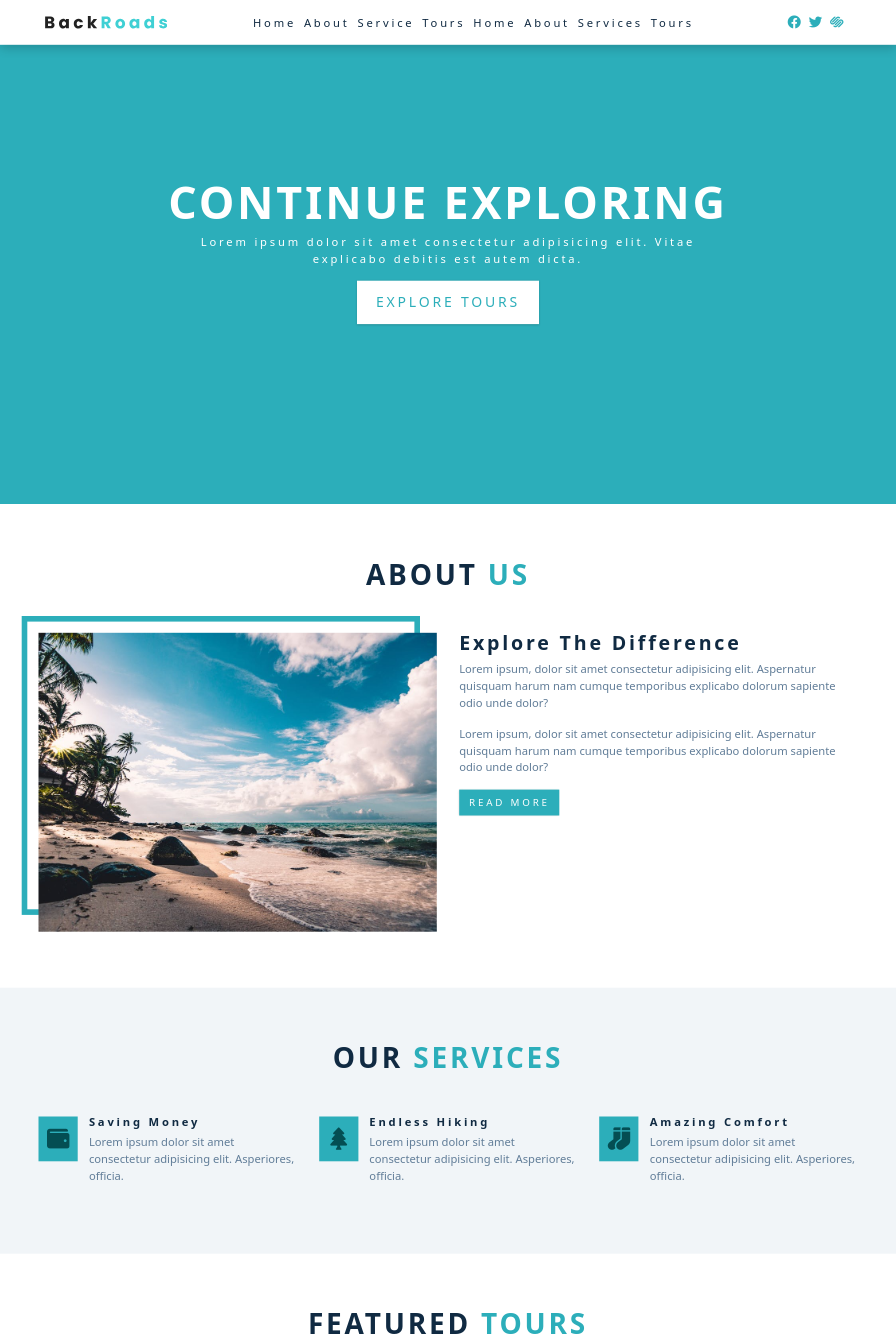
Repository: EdurdodaSilva/Ract_Basic
Page: /
The author's editor kept a copy of each file at every save. The page is drawn from the files as they stood at one save, then again after the next save.
The browser window is 1280 px wide. The pictures show the part of the page from y = 0 to 1920 px (the page is 3359 px tall), at 70% of full size.
Some web libraries are served in a nearby version. The project was rebuilt for these pictures with package versions that can differ from the ones it lists, and the page was loaded fresh each time.

Above is the page before, as saved 2024-08-29 08:38:09.

After the next save:
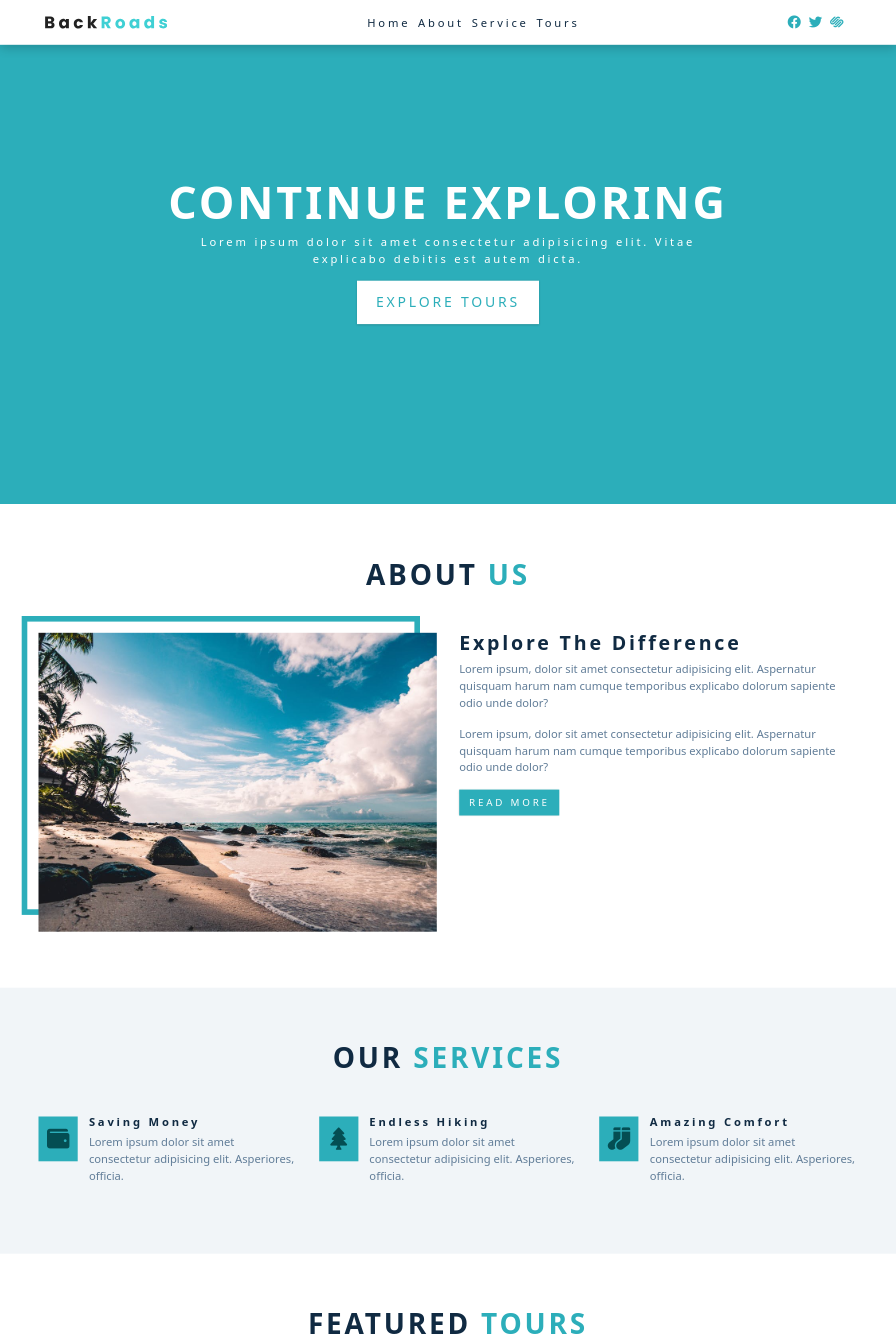
Saved 24 s later.
--- a/src/components/Navbar.js
+++ b/src/components/Navbar.js
@@ -28,33 +28,6 @@ const Navbar = () => {
                             </li>
                         );
                     })}
-                    <li>
-                        <a href="#home" className="nav-link">
-                            {" "}
-                            home{" "}
-                        </a>
-                    </li>
-
-                    <li>
-                        <a href="#about" className="nav-link">
-                            {" "}
-                            about{" "}
-                        </a>
-                    </li>
-
-                    <li>
-                        <a href="#services" className="nav-link">
-                            {" "}
-                            services{" "}
-                        </a>
-                    </li>
-
-                    <li>
-                        <a href="#tours" className="nav-link">
-                            {" "}
-                            tours
-                        </a>
-                    </li>
                 </ul>
 
                 <ul className="nav-icons">
